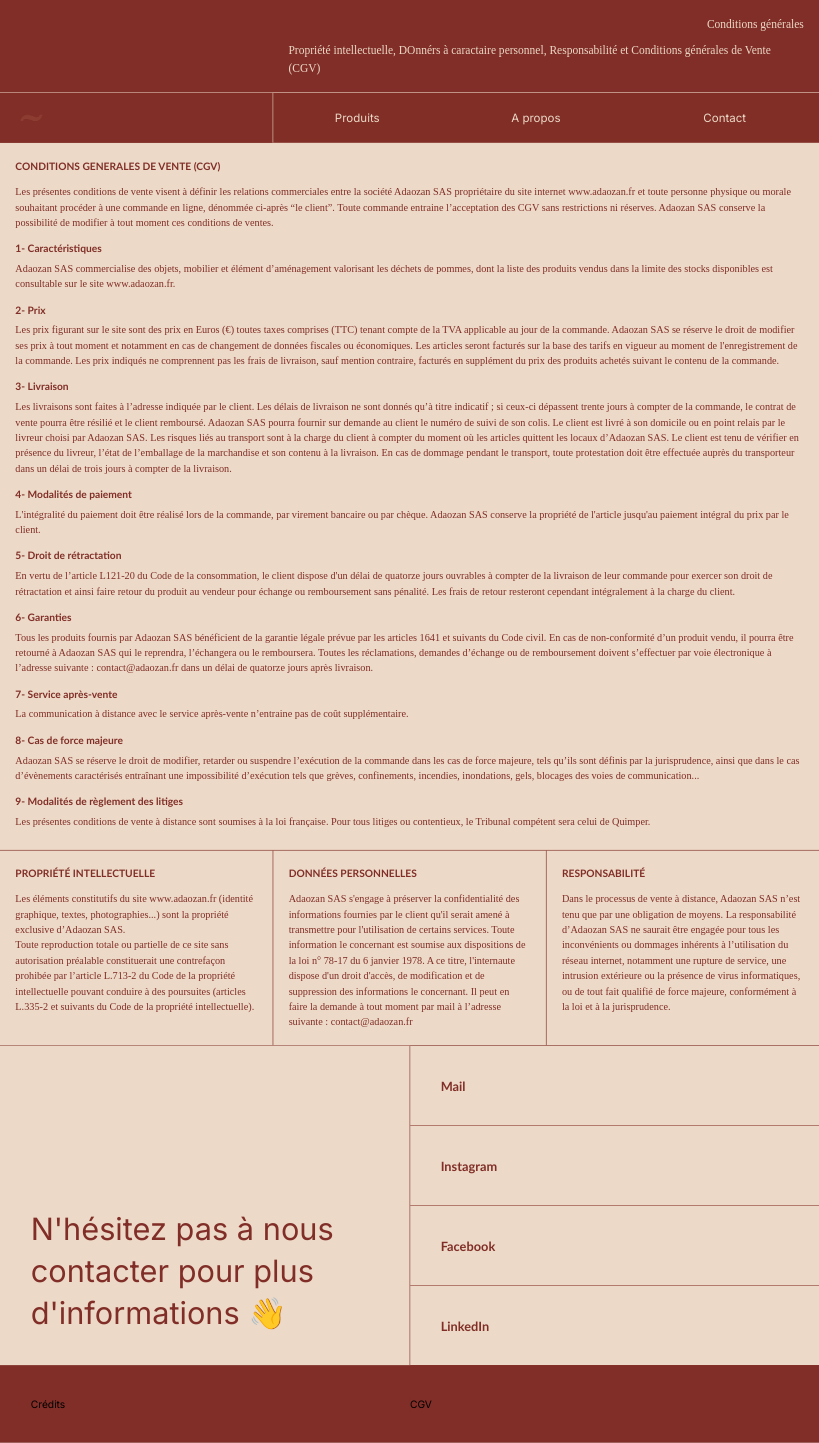
Repository: Neewd/adaozan
Page: /cgv
The author's editor kept a copy of each file at every save. The page is drawn from the files as they stood at one save, then again after the next save.
The browser window is 1280 px wide. The pictures show the whole page, at 64% of full size.
Some web fonts or font styles are not loaded; a fallback is used. The project was rebuilt for these pictures with package versions that can differ from the ones it lists, and the page was loaded fresh each time. The framework's server and built-in components were replaced by stand-ins that run in the browser. Also part of the build but not shown: next.config.js.

Above is the page before, as saved 2023-08-12 10:28:26.

After the next save:
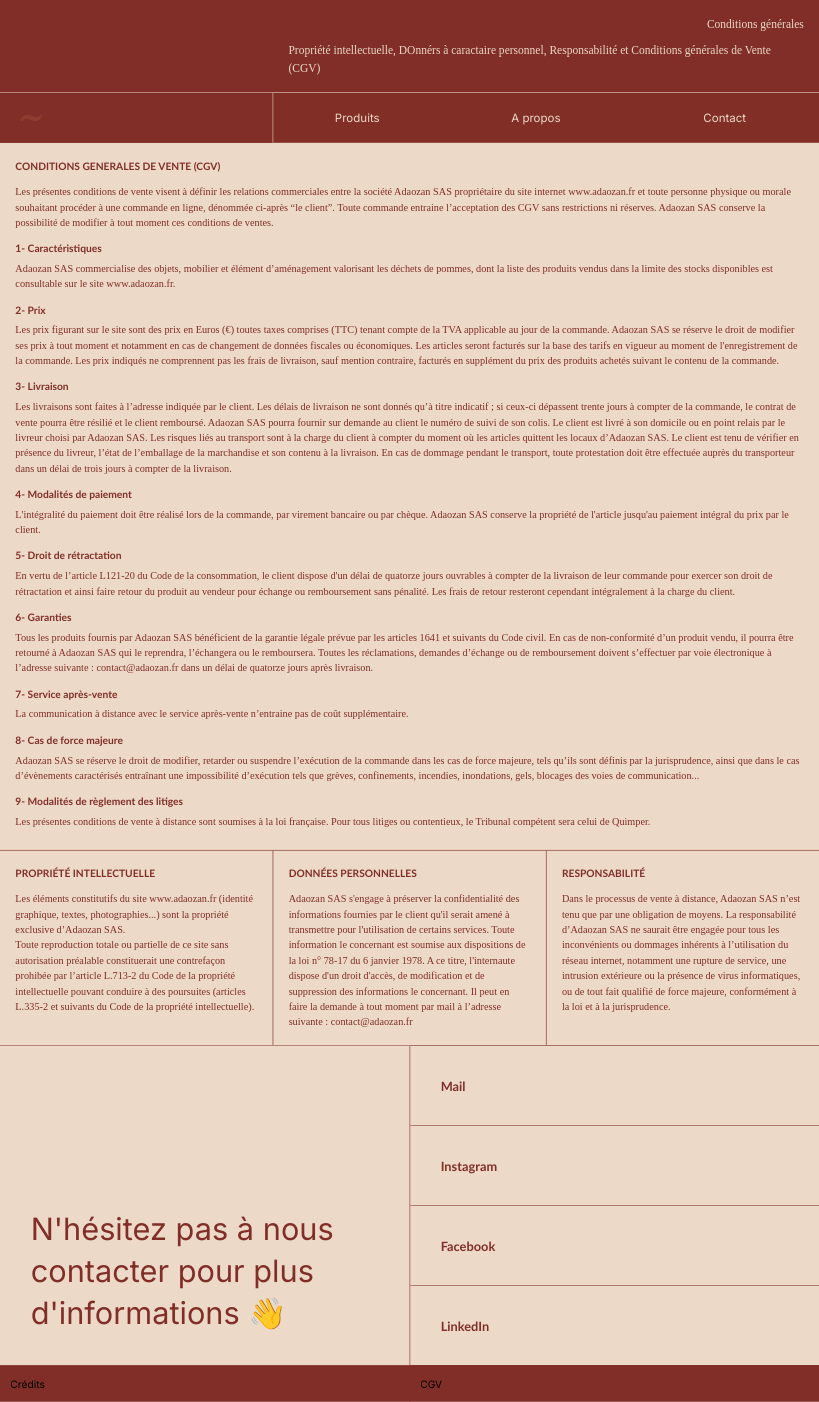
Saved 13 s later.
--- a/app/components/ContactHero.tsx
+++ b/app/components/ContactHero.tsx
@@ -54,11 +54,11 @@
 					})}
 				</div>
 			</div>
-			<div className="flex p-12">
-				<div className="flex flex-1 border-r border-brown-100">
+			<div className="flex">
+				<div className="flex p-4 flex-1 border-r border-brown-100">
 					Crédits
 				</div>
-				<div className="flex flex-1">CGV</div>
+				<div className="flex p-4  flex-1">CGV</div>
 			</div>
 		</>
 	);
